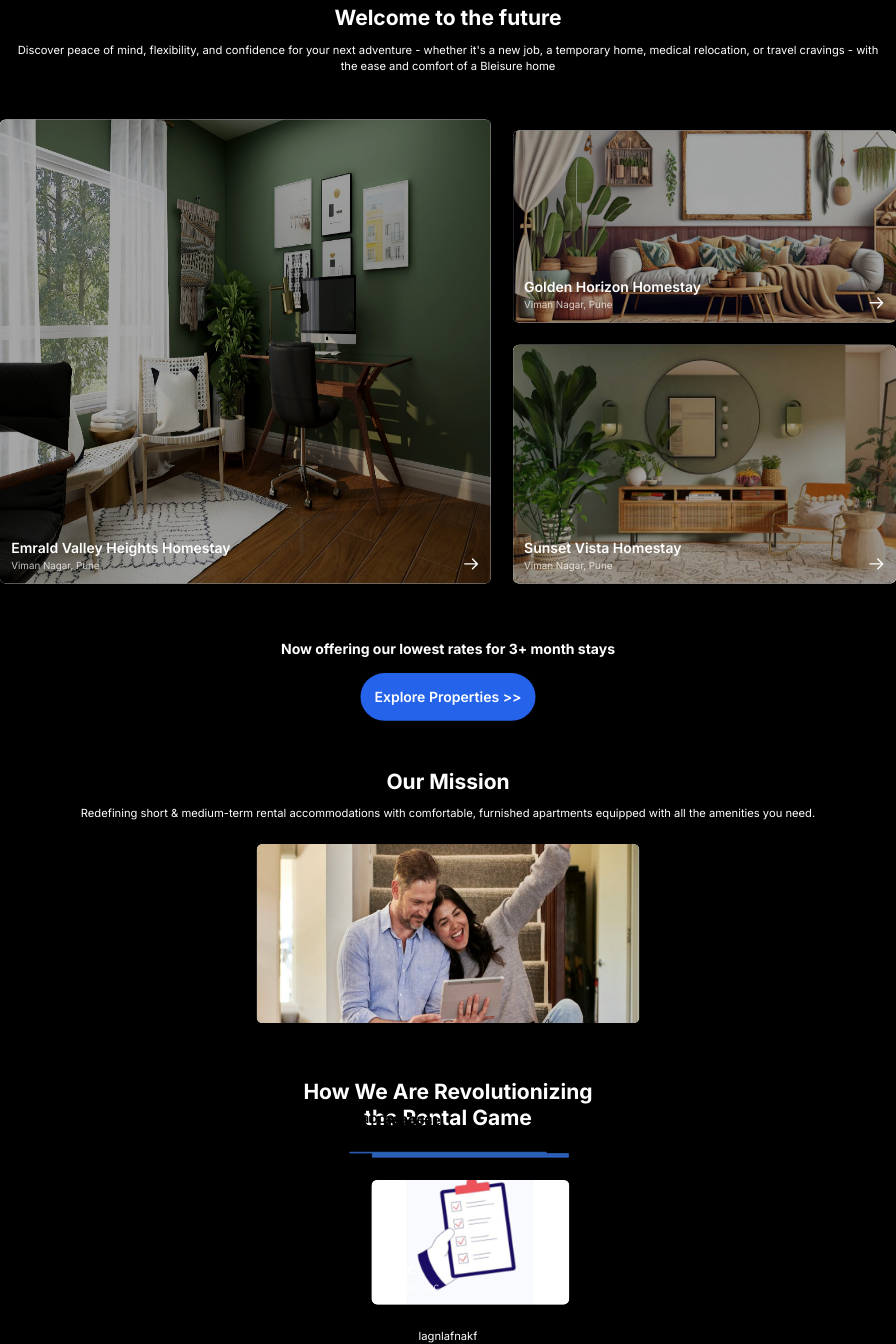
Repository: aditya-jha-kumar/BleisureHosting-V1
Page: /home
The author's editor kept a copy of each file at every save. The page is drawn from the files as they stood at one save, then again after a run of saves.
The browser window is 1280 px wide. The pictures show the part of the page from y = 761 to 2681 px (the page is 2681 px tall before and 2433 px after), at 70% of full size.
The project was rebuilt for these pictures with package versions that can differ from the ones it lists, and the page was loaded fresh each time. The framework's server and built-in components were replaced by stand-ins that run in the browser. Also part of the build but not shown: next.config.mjs.

Above is the page before, as saved 2024-06-12 15:32:43.

After the next 6 saves:
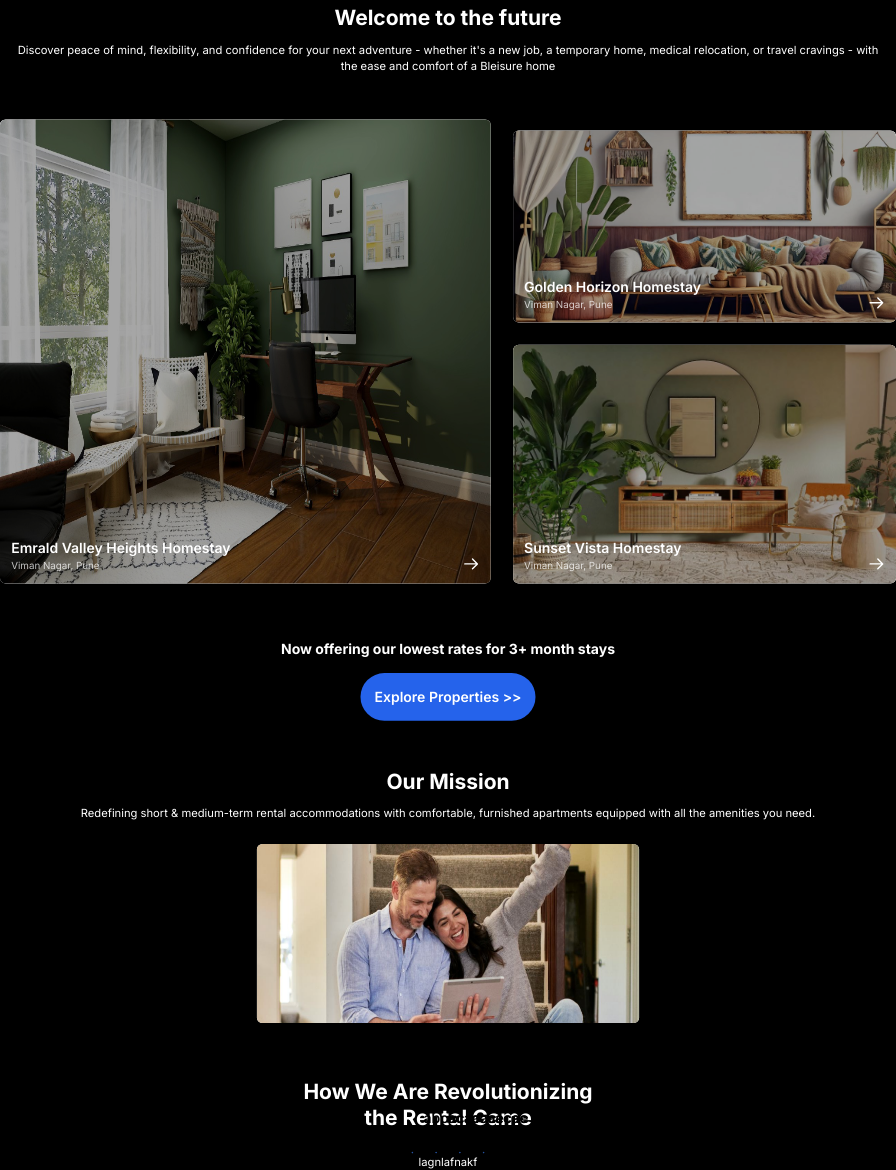
The 6 saves are shown as one change because they came seconds apart.
The last was saved 13 s later.
--- a/src/app/home/page.tsx
+++ b/src/app/home/page.tsx
@@ -107,12 +107,11 @@ export default function Home() {
           </h1>
         </div>
       </div>
-      <div className="flex-wrap-column justify-center mt-8 space-x-4 md:space-x-8">
+      <div className="flex justify-center mt-8 space-x-4 md:space-x-8">
         <Card2 imageSrc="/card1.png" largeText="abcac" smallText="acac" />
         <Card2 imageSrc="/a2.png" largeText="acacac" smallText="acacea" />
         <Card2 imageSrc="/a3.png" largeText="acaecae" smallText="acaecae" />
         <Card2 imageSrc="/a4.png" largeText="acac" smallText="acacaecaec" />
-        <Card imageSrc="/a4.png" largeText="acac" smallText="acacaecaec" />
       </div>
       <div>
         <h1>lagnlafnakf</h1>
